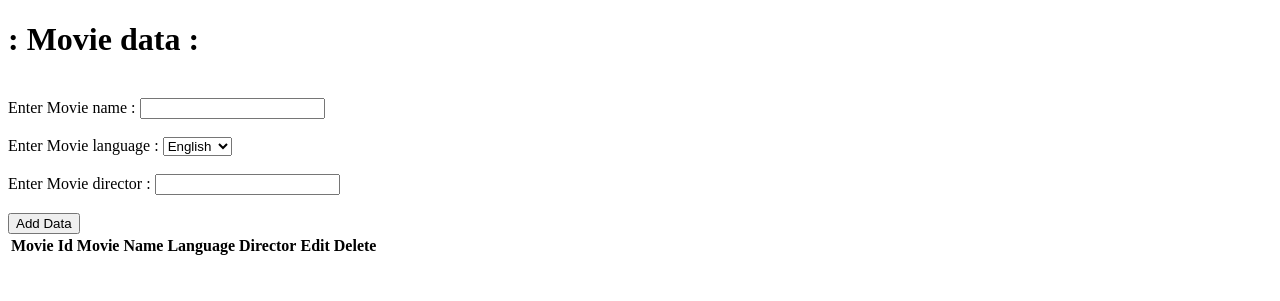
Repository: DivyeshVariya/einfochips_work
Page: http://localhost/Day25_Assignment/WEB-INF/view/home.jsp
These files come from the project's save history. The page is drawn as it stood at one moment and after the next save; the edit follows.
The browser window is 1280 px wide. The pictures show the whole page.
The page is served by Tomcat 9. Nobody is signed in. The template is opened directly, without the code that normally fills it, so the values that code supplies are empty.

Above is the page before, as saved 2023-03-10 18:24:01.

After the next save:
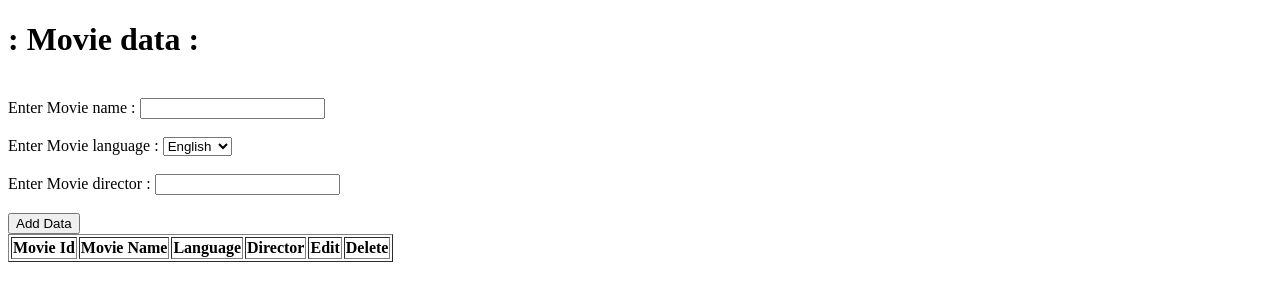
Saved 33 s later.
--- a/Day25_Assignment/Day25_Assignment/src/main/webapp/WEB-INF/view/home.jsp
+++ b/Day25_Assignment/Day25_Assignment/src/main/webapp/WEB-INF/view/home.jsp
@@ -25,7 +25,7 @@
 		<br><br>
 		<button type="submit">Add Data</button>
 		</form>
-		<table broder="1">
+		<table border="1">
 			<tr>
 				<th>Movie Id</th>
 				<th>Movie Name</th>
